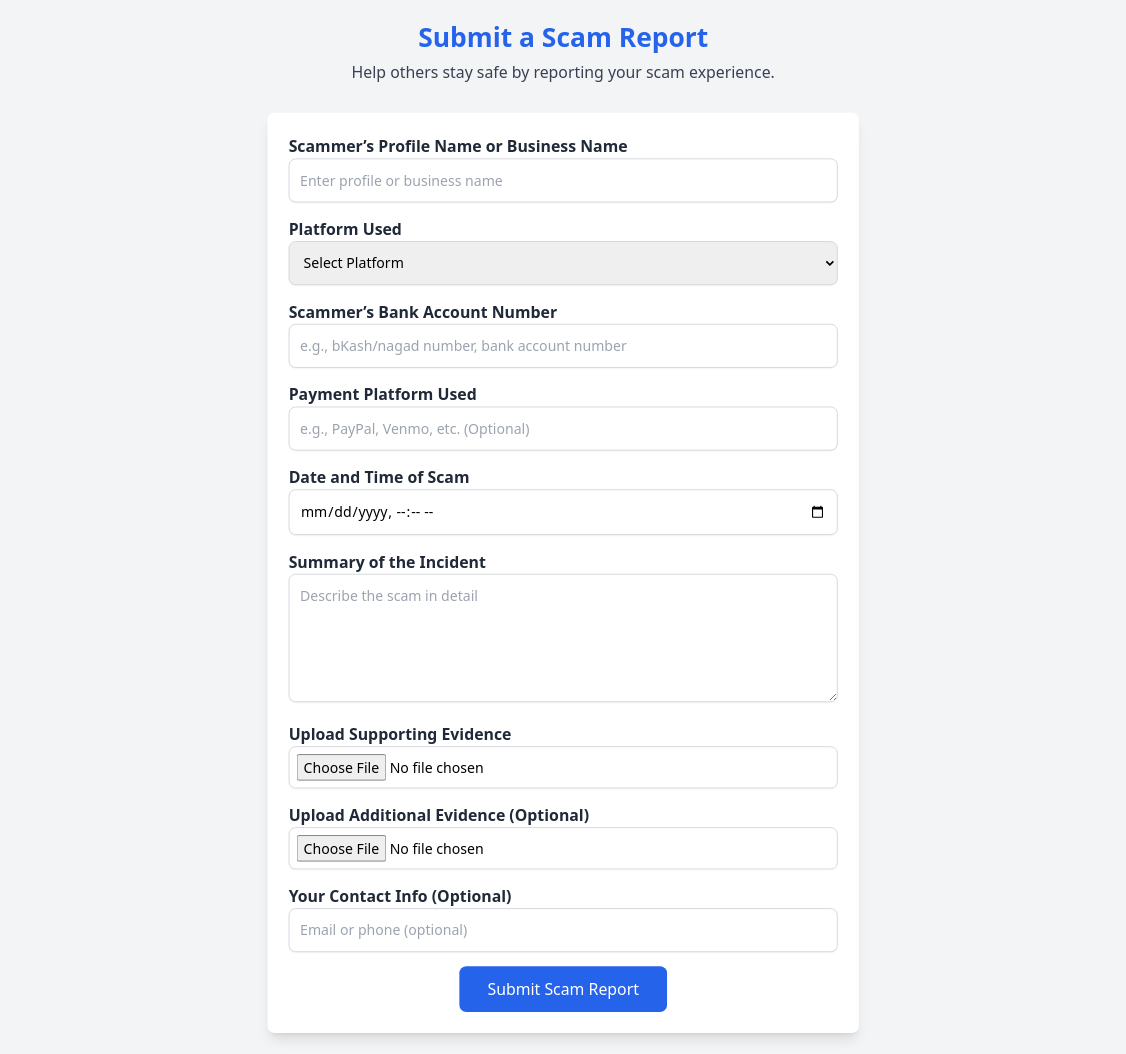
Repository: dev-athar/protarok
Page: /submit-scam
An editor plug-in stored every save of this project. The page is shown before and after the next save, followed by the edit.
The browser window is 1280 px wide. The pictures show the whole page, at 88% of full size.
The project was rebuilt for these pictures with package versions that can differ from the ones it lists, and the page was loaded fresh each time. Also part of the build but not shown: vite.config.ts, src/pages/HomePage.tsx, src/pages/SearchResultsPage.tsx.

Above is the page before, as saved 2024-12-29 15:14:36.

After the next save:
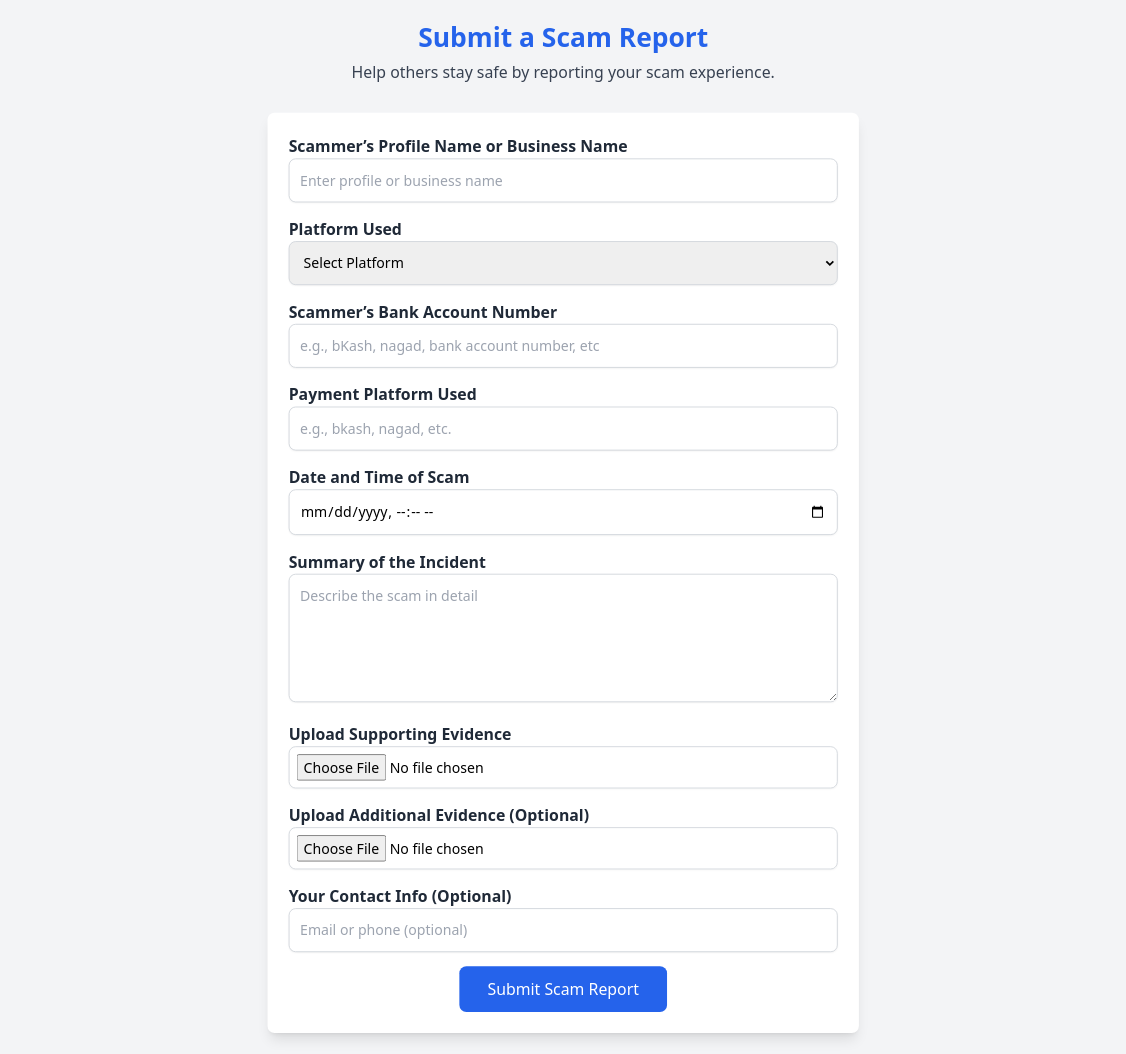
Saved 56 s later.
--- a/src/pages/SubmitScamPage.tsx
+++ b/src/pages/SubmitScamPage.tsx
@@ -133,7 +133,7 @@ const SubmitScamPage = () => {
               value={formData.scamBankAccountNumber}
               onChange={handleChange}
               className="w-full p-3 border border-gray-300 rounded-lg shadow-sm focus:outline-none focus:ring-2 focus:ring-blue-500"
-              placeholder="e.g., bKash/nagad number, bank account number"
+              placeholder="e.g., bKash, nagad, bank account number, etc"
               required
             />
           </div>
@@ -153,7 +153,7 @@ const SubmitScamPage = () => {
               value={formData.paymentPlatform}
               onChange={handleChange}
               className="w-full p-3 border border-gray-300 rounded-lg shadow-sm focus:outline-none focus:ring-2 focus:ring-blue-500"
-              placeholder="e.g., PayPal, Venmo, etc. (Optional)"
+              placeholder="e.g., bkash, nagad, etc."
             />
           </div>
 
